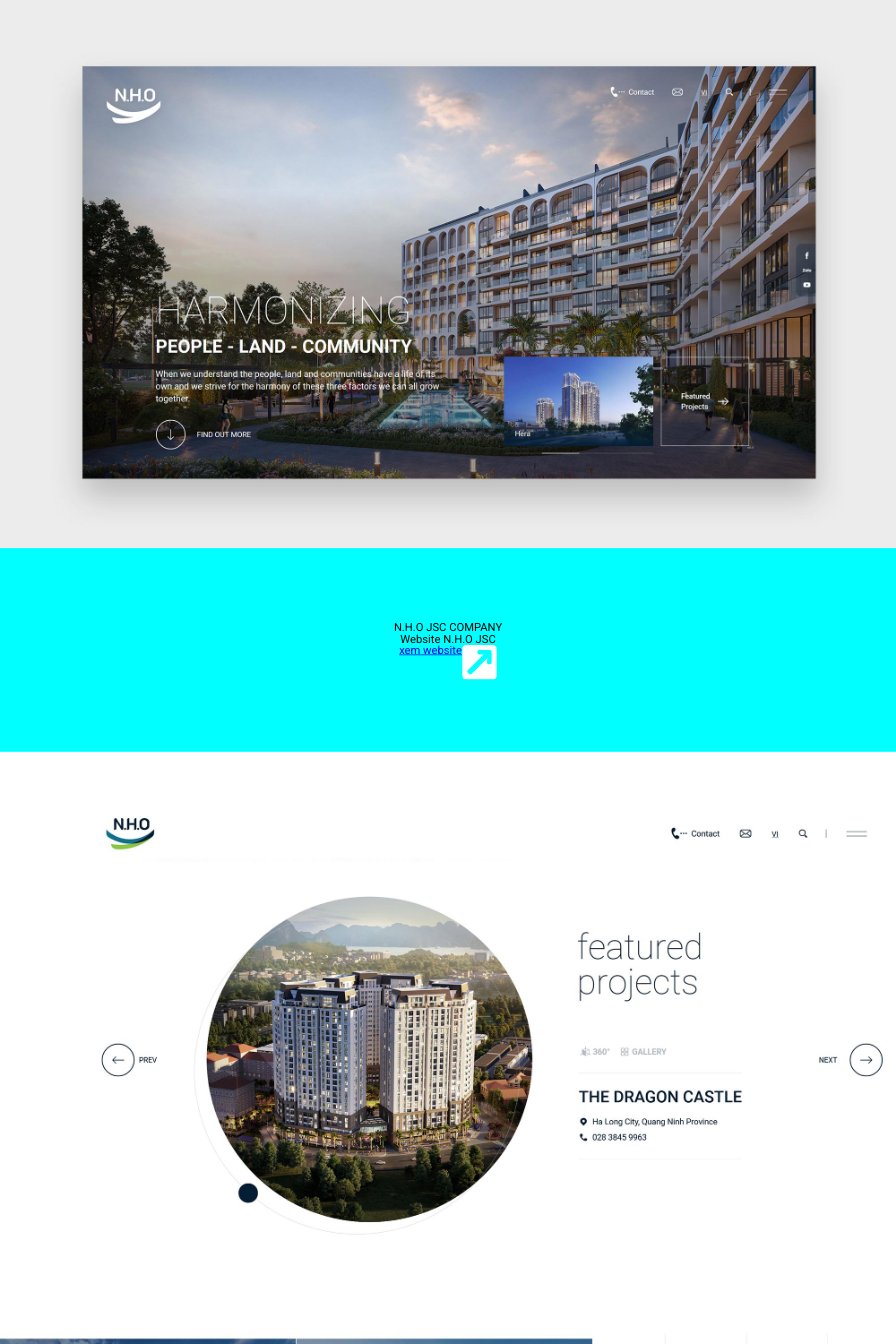
Repository: Minns-Cao/project-BTQ
Page: company.html
These files come from the project's save history. The page is drawn as it stood at one moment and after the next save; the edit follows.
The browser window is 1280 px wide. The pictures show the part of the page from y = 0 to 1920 px (the page is 6057 px tall), at 70% of full size.

Above is the page before, as saved 2023-07-02 09:32:24.
Console error: TypeError: Cannot read properties of null (reading 'addEventListener')

### company.html
<!DOCTYPE html>
<html lang="en">
    <head>
        <meta charset="UTF-8" />
        <meta http-equiv="X-UA-Compatible" content="IE=edge" />
        <meta name="viewport" content="width=device-width, initial-scale=1.0" />
        <title>BTQ</title>
        <!-- Fonts -->
        <link rel="preconnect" href="https://fonts.googleapis.com" />
        <link rel="preconnect" href="https://fonts.gstatic.com" crossorigin />
        <link
            href="https://fonts.googleapis.com/css2?family=Roboto:wght@100;300;400;500;700;900&display=swap"
            rel="stylesheet"
        />
        <!-- Reset CSS -->
        <link rel="stylesheet" href="./assets/css/reset.css" />
        <!-- Style CSS -->
        <link rel="stylesheet" href="./assets/css/headerFooter.css" />
        <link rel="stylesheet" href="./assets/css/styleCustomer.css" />
    </head>
    <body>
        <main>
            <div class="imgFirst">
                <img src="./imagesCompany/NHO/1.jpg" alt="" class="thumb" />
            </div>
            <div class="details-title-name">
                <h3 class="name">N.H.O JSC COMPANY</h3>
                <h3 class="label">Website N.H.O JSC</h3>
                <a href="https://www.nhojsc.vn/" class="linkWebCus">
                    <p class="seeMore">xem website</p>
                    <div class="icon">
                        <svg
                            xmlns="http://www.w3.org/2000/svg"
                            x="0px"
                            y="0px"
                            viewBox="0 0 100 100"
                        >
                            <path
                                fill="currentColor"
                                d="M99,11.6v76.8C99,94.3,94.3,99,88.4,99H11.6C5.7,99,1,94.3,1,88.4V11.6C1,5.7,5.7,1,11.6,1h76.8C94.3,1,99,5.7,99,11.6z
                        M78.1,15h-29c-2.8,0-5,2.2-5,5v3.1c0,2.8,2.5,5.3,5.3,5l12.2-0.3L16.6,73.1c-1.9,1.6-1.9,4.4,0,6.2l4.4,4.4c1.6,1.6,4.4,1.6,6.2,0
                       l44.9-45.3l-0.6,12.2c0,2.8,2.2,5.3,5,5.3h3.1c2.8,0,5-2.2,5-5v-29C84.6,21.9,85.2,15,78.1,15z"
                            ></path>
                        </svg>
                    </div>
                </a>
            </div>
            <div class="imgSecond">
                <img src="./imagesCompany/NHO/2.jpg" alt="" class="thumb" />
            </div>
            <div class="imgThird">
                <img src="./imagesCompany/NHO/3.jpg" alt="" class="thumb" />
            </div>
        </main>
        <!-- <iframe src="https://minns-cao.github.io/Minns-Project-MatBao/" id="myIframe" width="80%" title="W3Schools Free Online Web Tutorials">
        </iframe> -->
        <script src="./app_OpenAns.js"></script>
    </body>
</html>

### assets/css/headerFooter.css
* {
    box-sizing: border-box;
}

:root {
    --color-bg1: #24547f;
    --color-bg2: #463b75;
    --color-bg3: #d9996b;
    --color-bg4: #86506c;
    --color-bg5: #206a54;
    --color-bg6: #779273;
    --color-bg7: #e48f92;
    --color-bg8: #6dbcc5;
    --color-bgMenu: #24547f;
}

html {
    font-size: 62.5%;
}

body {
    font-family: "Roboto", sans-serif;
    font-size: 1.6rem;
}

/* =======================HEADER======================= */
.navigation {
    position: fixed;
    top: 0;
    left: 0;
    display: flex;
    justify-content: space-between;
    width: 100%;
    padding: 20px 30px;
    z-index: 100000;
}

.navigation .logo {
    transition: all 0.5s ease-out;
}

.navigation .box {
    display: flex;
    justify-content: center;
    align-items: center;
    gap: 1vw;
}

.navigation .targetPage{
    display: flex;
    align-items: center;
    transition: all 0.8s ease-out;
}

.navigation .targetPage .dot {
    width: 20px;
    height: 20px;
}

.navigation .targetPage .namePage {
    text-transform: uppercase;
    color: #fff;
    font-size: 36px;
    vertical-align: middle;
    white-space: nowrap;
    letter-spacing: -1px;
    line-height: 1.1;
    display: inline-block;
    font-weight: 400;
    margin-left: 1vw;
}

.navigationBar {
    display: flex;
    align-items: center;
    gap: 80px;
}

.navigationBar .lang {
    position: relative;
    font-weight: 900;
    font-size: 18px;
    line-height: 50px;
    text-transform: uppercase;
    color: #fff;
    width: auto;
    display: inline-block;
    padding-bottom: 10px;
    visibility: hidden;
    opacity: 0;
    pointer-events: none;
    transition: all 0.5s ease-in-out 0.2s;
    z-index: 10000;
}

.navigationBar .lang.active {
    visibility: visible;
    opacity: 1;
    pointer-events: all;
}
.navigationBar .lang::after,
.navigationBar .lang::before {
    position: absolute;
    content: "";
    display: block;
    width: 30px;
    height: 1px;
    background-color: #fff;
}

.navigationBar .lang::after {
    top: 40%;
    left: 130%;
}
.navigationBar .lang::before {
    top: 40%;
    right: 130%;
}



.navigation .iconBar {
    position: relative;
    display: block;
    width: 70px;
    height: 60px;
    color: #000;
    transform: translateX(0);
    transition: all 0.5s ease-in-out 0.2s;
    z-index: 10000;
}

.navigation .iconBar.active{
    transform: translateX(2vw);
}

.navigation .iconBar .background{
    width: 100%;
    height: 100%;
    background-color: rgba(0,0,0,.1);
    border-radius: 5px;
    transform: translate(-10%, -5%);
    visibility:hidden;
}



.iconBar .lineMid,
.iconBar .lineTop,
.iconBar .lineBot {
    position: absolute;
    top: 25px;
    left: 0px;
    height: 2px;
    width: 75%;
    background-color: #fff;
    box-shadow: 3px 3px 0 rgb(0 0 0 / 10%);
    transition: all 0.3s ease-in-out;
}

.iconBar .lineMid {
    opacity: 1;
    visibility: visible;
}

.iconBar .lineTop {
    top: 15px;
    left: 5px;
    width: 40%;
}

.iconBar .lineBot {
    top: 35px;
    left: 5px;
    width: 40%;
}

.navigation .iconBar:hover .lineMid {
    width: 50%;
}

.navigation .iconBar:hover .lineTop,
.navigation .iconBar:hover .lineBot {
    width: 60%;
}

/* nav onClick */

.navigation .onClick.iconBar .lineMid {
    visibility: hidden;
    opacity: 0;
}

.navigation .onClick.iconBar .lineTop,
.navigation .onClick.iconBar .lineBot {
    top: 25px;
    left: 10px;
    width: 50%;
}

.navigation .onClick.iconBar .lineTop {
    transform: rotate(45deg);
}
.navigation .onClick.iconBar .lineBot {
    transform: rotate(-45deg);
}

.navigation .onClick.iconBar:hover .lineTop,
.navigation .onClick.iconBar:hover .lineBot {
    top: 25px;
    width: 50%;
}

.navigation .onClick.iconBar:hover .lineTop {
    left: 11px;
    transform: rotate(90deg);
    box-shadow: none;
}
.navigation .onClick.iconBar:hover .lineBot {
    left: 9px;
    transform: rotate(-90deg);
    box-shadow: none;
}

/* =======================HEADER-MENU======================= */

header .menu {
    position: absolute;
    top: 0;
    right: 0;
    width: 100%;
}

header .menu .bg-menu {
    position: absolute;
    top: 0;
    left: 0;
    display: block;
    width: 100vw;
    height: 100vh;
    z-index: 101;
    overflow: hidden;
    pointer-events: none;
}

header .menu .color-bg-menu {
    display: block;
    width: 100%;
    height: 100%;
    border-radius: 50%;
    background-image: linear-gradient(
        -135deg,
        var(--color-bgMenu) 65%,
        transparent 80%
    );
    opacity: 0;
    visibility: hidden;
    transition: all 0.3s linear;
    pointer-events: none;
}

header .menu .color-bg-menu.active {
    animation: bg-menuAnimation_active 0.5s linear forwards;
}
header .menu .color-bg-menu.noActive {
    animation: bg-menuAnimation_noActive 5s linear forwards;
}

@keyframes bg-menuAnimation_active {
    0% {
        opacity: 0;
        visibility: hidden;
        transform: translate(60%, -60%) scale(1);
    }
    30% {
        opacity: 0.98;
        visibility: visible;
    }
    100% {
        opacity: 0.98;
        visibility: visible;
        transform: translate(60%, -60%) scale(4);
        pointer-events: none;
    }
}
@keyframes bg-menuAnimation_noActive {
    0% {
        opacity: 0.98;
        visibility: visible;
        transform: translate(60%, -60%) scale(4);
    }
    30% {
        opacity: 0;
        visibility: visible;
    }
    100% {
        opacity: 0;
        visibility: none;
        transform: translate(60%, -60%) scale(3.5);
        pointer-events: all;
    }
}
header .menu .main-menu {
    position: absolute;
    top: 0;
    right: 0;
    display: flex;
    align-items: flex-end;
    flex-direction: column;
    gap: 50px;
    width: 100%;
    height: 100%;
    padding-top: 70px;
    margin-right: 10vw;
    margin-top: 10vh;
    z-index: 102;
    visibility: hidden;
    opacity: 0;
    pointer-events: none;
    transition: all 0.5s ease-in-out 0.2s;
}

header .menu .main-menu.active {
    visibility: visible;
    opacity: 1;
    pointer-events: all;
}

header .menu .iconHome {
    display: block;
    width: 50px;
    height: 36px;
    color: #fff;
}

header .menu a{
    text-decoration: none;
}

header .menu .menuItem {
    font-weight: 900;
    font-size: calc(100vh / 14);
    line-height: 1;
    letter-spacing: 2px;
    text-transform: uppercase;
    white-space: nowrap;
    color: #fff;
    -webkit-text-stroke: 1px #fff;
    -webkit-text-fill-color: transparent;
    transition: all 0.5s ease-in-out;

}

header .menu .menuItem:hover {
    color: #fcd62c;
    -webkit-text-stroke: 1px #fcd62c;
    -webkit-text-fill-color: #fcd62c;
}

footer .contentBlockFooter{
    height: 35vh;
    background-color: #91b879;
    position: relative;
}

footer .contentBlockFooter::after{
    position: absolute;
    content: '';
    display: block;
    pointer-events: none;
    background-color: #fff;
    width: 1px;
    height: 6vw;
    top: -3vw;
    left: 50%;
    z-index: 10;
}

footer .contentBlockFooter .contentBox {
    padding-top: 60px;
    display: flex;
    flex-direction: column;
    justify-content: center;
    align-items: center;
}

footer .contentBlockFooter .contentBox svg{
    color: #fff;
    width: 60px;
    height: 60px;
}

footer .contentBlockFooter .contentBox .copyRight{
    font-size: 13px;
    line-height: 1.2;
    color: #fff;
    text-transform: uppercase;
}

footer .contentBlockFooter .contentBox .copyRight strong {
    font-weight: 900;
}

### assets/css/styleCustomer.css
/* ==========================imgFirst============================= */
body{
    background-color: aqua;
}
.thumb {
    width: 100vw;
}

.details-title-name {
    display: flex;
    justify-content: center;
    align-items: center;
    flex-direction: column;
    width: 100%;
    height: 40vh;
}

.details-title-name .linkWebCus {
    display: flex;
    fl
}

.details-title-name .icon {
    width: 50px;
    height: 50px;
    color: #fff;
}



#myIframe {
    position: absolute;
    height: 100vh;
    top: 0;
    left: 0;
    right: 0;
    bottom: 0;
    z-index: 1000000;
    background-color: rebeccapurple;
    overflow: hidden;
}

### app_OpenAns.js
// ======================activeIconMenuBar=========================
function activeIconMenuBar(x) {
    x.classList.toggle("onClick");
    let mainMenu = document.querySelector("header .menu .main-menu");
    let lang = document.querySelector(".navigationBar .lang");
    let bgMenu = document.querySelector("header .menu .color-bg-menu");
    if (x.classList.contains("onClick")) {
        mainMenu.classList.add("active");
        lang.classList.add("active");
        bgMenu.classList.add("active");
        bgMenu.classList.remove("noActive");
        changeBackroundMenu();
    } else {
        mainMenu.classList.remove("active");
        lang.classList.remove("active");
        bgMenu.classList.remove("active");
        bgMenu.classList.add("noActive");
    }
}

let dataBackgroundMenu = [
    "#24547f",
    "#463b75",
    "#d9996b",
    "#86506c",
    "#206a54",
    "#779273",
    "#e48f92",
    "#6dbcc5",
];

function changeBackroundMenu() {
    let first_elm = dataBackgroundMenu.shift();
    dataBackgroundMenu.push(first_elm);
    document
        .querySelector("header .menu .color-bg-menu")
        .style.setProperty("--color-bgMenu", dataBackgroundMenu[0]);
}

// ======================textRun=========================

let thisBox_list = document.querySelectorAll(
    ".contentBlock1 .textBanner .thisBox"
);
thisBox_list.forEach((thisBox) => {
    let widthContent = thisBox.offsetWidth / 2;
    let thisBoxStyles = getComputedStyle(thisBox);
    thisBox.style.setProperty("--contentWidth", `${-widthContent + 9.5}px`);
});

// ======================EnterButton=========================
let objIcon = document.querySelector(".obj-icon");
objIcon.addEventListener("mousemove", (e) => {
    let xValue = e.clientX;
    let yValue = e.clientY;
    let rectOfobjIcon = objIcon.getBoundingClientRect();
    let yValueBtn = rectOfobjIcon.top + rectOfobjIcon.height / 2;
    let xValueBtn = rectOfobjIcon.left + rectOfobjIcon.width / 2;
    let speed = 0.125;
    objIcon.style.transform = `translate(${-(xValue - xValueBtn) * speed}px,${
        -(yValue - yValueBtn) * speed
    }px) `;
});

objIcon.addEventListener("mouseout", () => {
    objIcon.style.transform = `translate(0,0)`;
});
// ======================ScrollAnimation=========================

function moveNav(target) {
    let logoNav = document.querySelector("header .navigation .logo");
    let targetPage = document.querySelector("header .navigation .targetPage");
    let bar = document.querySelector("header .navigation .iconBar");
    let bar_backGround = document.querySelector(
        "header .navigation .iconBar .background"
    );
    if (target < 1) {
        logoNav.style.transform = `translate(0,0)`;
        targetPage.style.transform = `translate(0,0)`;
        bar.classList.remove("active");
        bar_backGround.style.visibility = "hidden";
    }
    if (target > 1 && target < 100) {
        logoNav.style.transform = `translate(${-target * 200}px,0)`;
        targetPage.style.transform = `translate(0,${-target * 200}px)`;
        bar.classList.add("active");
        bar_backGround.style.visibility = "visible";
    }
}

window.addEventListener("scroll", (e) => {
    let heightOfFooter = document.querySelector("footer").offsetHeight;
    //Vị trí của scroll (không tính footer)
    let targetScroll =
        (window.pageYOffset /
            (document.body.offsetHeight -
                heightOfFooter -
                window.innerHeight)) *
        100;
    moveNav(targetScroll);
});

function ScrollAnimation(elm, distance, speed, trend, first) {
    window.addEventListener("scroll", function () {
        //khoảng di chuyển
        let x = (window.innerHeight - elm.getBoundingClientRect().top) * speed;

        //xử lý bug phần tử đầu tiên khi scroll
        if(first === "true") {
            x = x - (window.innerHeight * speed);
        }

        //giới hạn di chuyển từ 0 tới distance
        let movePos = Math.max(0, Math.min(distance, x));

        //gán giá trị transform cho elm
        if (trend === "down" || trend === undefined) {
                elm.style.transform = `translateY(${movePos}px)`;
        } else if (trend === "up") {
            elm.style.transform = `translateY(${-(movePos - distance)}px)`;
        }
    });
}

let list_scrollElm = document.querySelectorAll(".scrollElm");

list_scrollElm.forEach((scrollElm) => {
    let distance = scrollElm.dataset.distance;
    let speed = scrollElm.dataset.speed;
    let trend = scrollElm.dataset.trend;
    let first = scrollElm.dataset.first;
    ScrollAnimation(scrollElm, distance, speed, trend, first);
});




// ========================
// var iframe = document.getElementById('myIframe');

// // Ngăn sự kiện cuộn trang web chính
// window.addEventListener('scroll', function(e) {
//   e.preventDefault();
//   window.scrollTo(0, 0);
// });

// // Cho phép cuộn bên trong iframe
// iframe.addEventListener('load', function() {
//   iframe.contentWindow.addEventListener('scroll', function(e) {
//     e.stopPropagation();
//   });
// });

Loaded but not shown: assets/css/reset.css (common file)

After the next save:
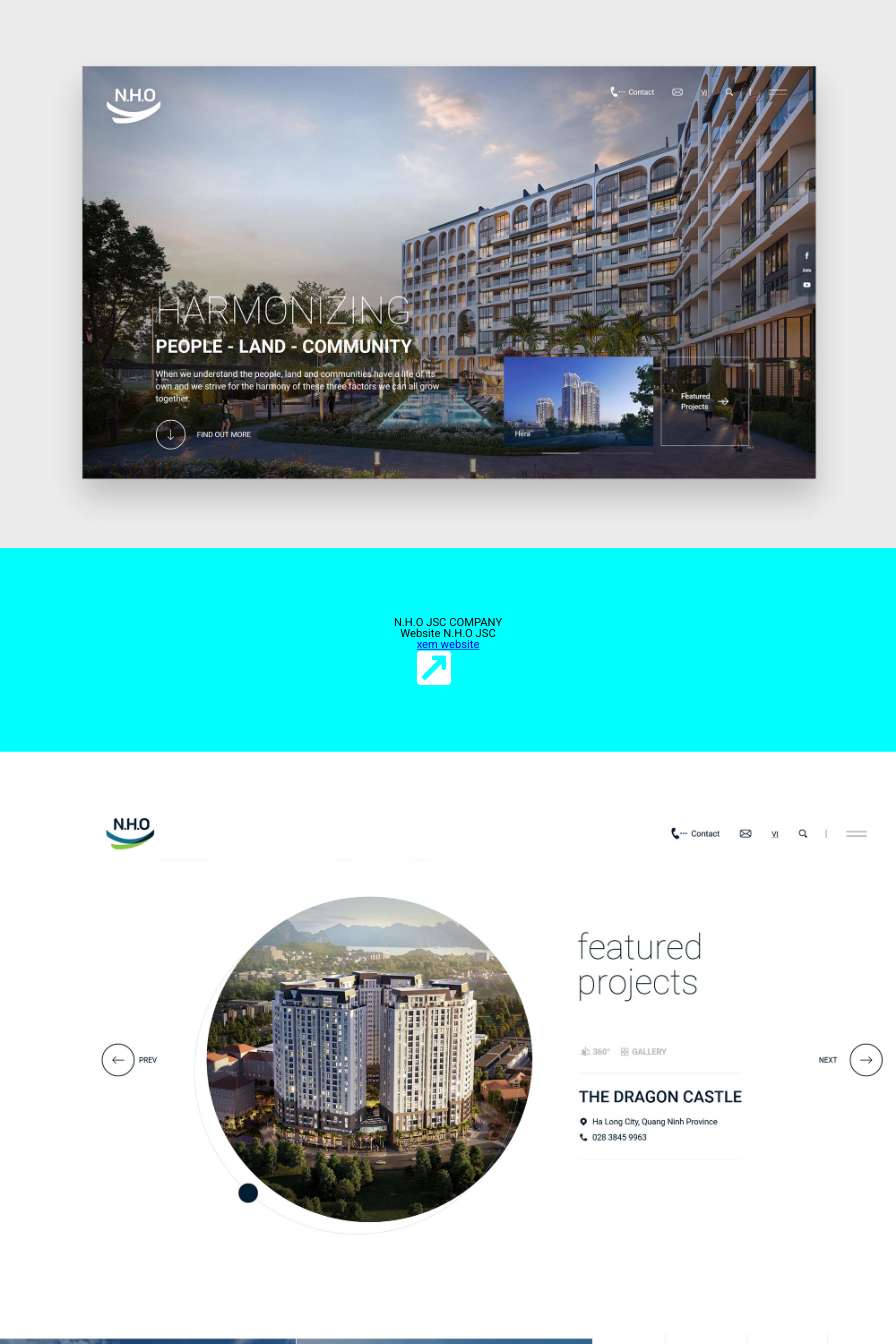
Saved 4 s later.
--- a/assets/css/styleCustomer.css
+++ b/assets/css/styleCustomer.css
@@ -17,7 +17,8 @@
 
 .details-title-name .linkWebCus {
     display: flex;
-    fl
+    flex-direction: column;
+
 }
 
 .details-title-name .icon {
